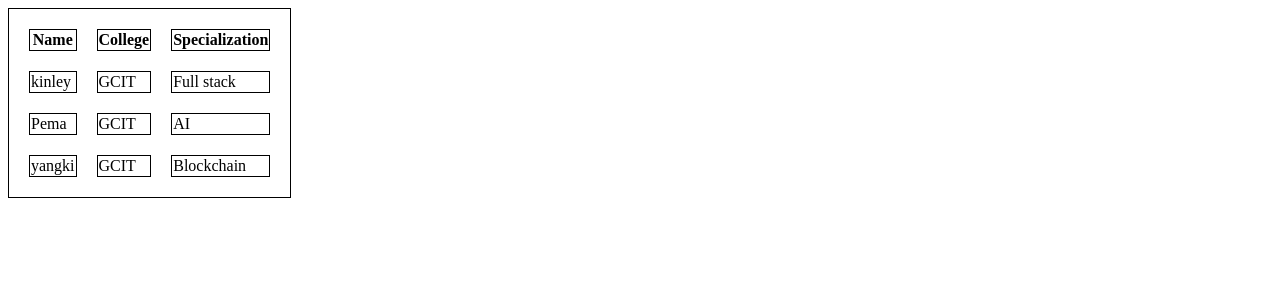
Repository: Pema-yangki/Css
Page: fed.html
An editor plug-in stored every save of this project. The page is shown before and after the next save, followed by the edit.
The browser window is 1280 px wide. The pictures show the whole page.

Above is the page before, as saved 2024-03-15 14:41:04.

### fed.html
<!DOCTYPE html>
<html lang="en">
<head>
    <meta charset="UTF-8">
    <meta name="viewport" content="width=device-width, initial-scale=1.0">
    <title>Document</title>
    <!-- <style>
        h1[name="greetings"]{
            color: brown;
        }
        h1[name ="king"]{
            color:aqua
        }
        h1[name="okay"]{
            color:blueviolet
        }
    </style> -->
    <style>
        table{
            border: 1px solid black;
            /* border-collapse: separate; */
            border-spacing: 20px;
        }

        table, th, td{
            border: 1px solid black;
            /* border-collapse: collapse; */
        }
    </style>
</head>
<body>
   <!-- <h1 name = "greetings">hello</h1>
   <h1 name = "king" >hi</h1>
   <h1 name = "okay">bye</h1> -->
   <table>
    <tr>
        <th>Name</th>
        <th>College</th>
        <th>Specialization</th>
    </tr>
    <tr>
        <td>kinley</td>
        <td >GCIT</td>
        <td>Full stack</td>
    </tr>
    <tr>
        <td>Pema</td>
        <td>GCIT</td>
        <td>AI</td>
    </tr>
    <tr>
        <td>yangki</td>
        <td>GCIT</td>
        <td>Blockchain</td>
    </tr>

   </table>

</body>
</html>

After the next save:
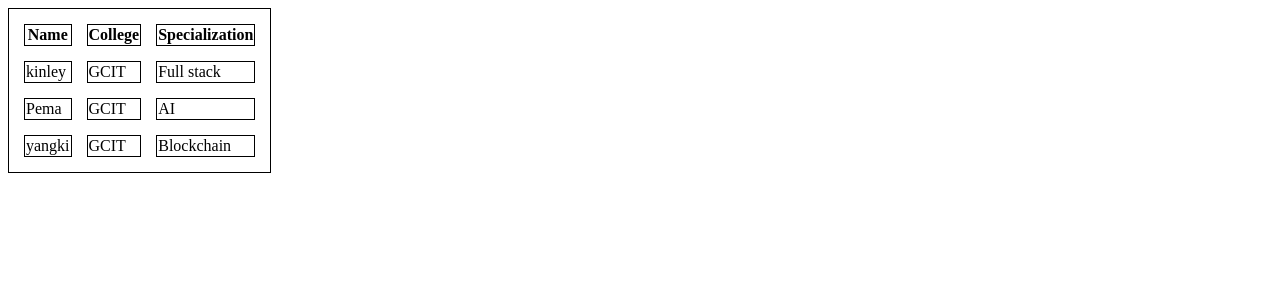
Saved 33 s later.
--- a/fed.html
+++ b/fed.html
@@ -19,7 +19,7 @@
         table{
             border: 1px solid black;
             /* border-collapse: separate; */
-            border-spacing: 20px;
+            border-spacing: 15px;
         }
 
         table, th, td{
